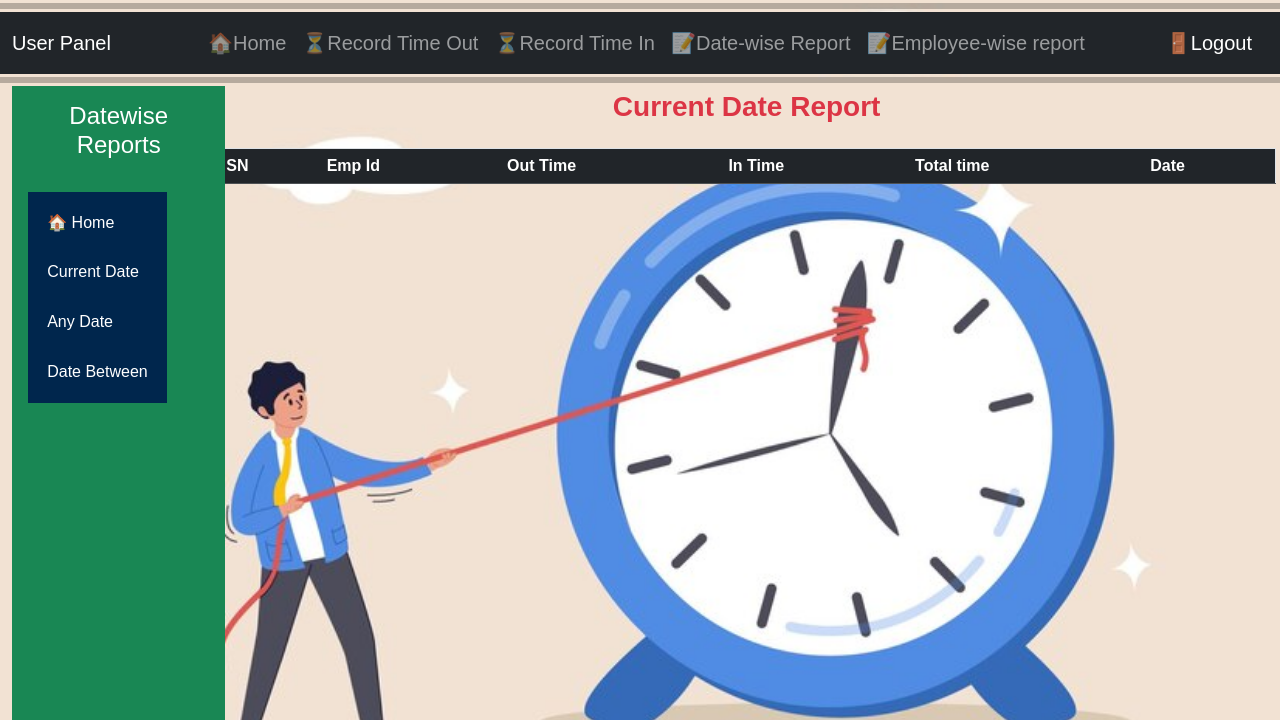
Repository: tecresearch/fullstack-training
Page: http://localhost/user/reports/datewise/anydate-dashboard
An editor plug-in stored every save of this project. The page is shown before and after the next save, followed by the edit.
The browser window is 1280 px wide. The pictures show the whole page.
The page is this project's Thymeleaf template; nobody is signed in. The template is opened directly, without the code that normally fills it, so the values that code supplies are empty.

Above is the page before, as saved 2025-03-19 07:18:39.

### a4-spring-boot/employee-time-tracker/src/main/resources/templates/user/reports/datewise/anydate-dashboard.html
<html xmlns:th="http://www.thymeleaf.org">
<!-- admin navbar -->
<div th:insert="~{@{user/user-navbar}}"></div>

<head>
	<meta charset="UTF-8">
	<meta name="viewport" content="width=device-width, initial-scale=1.0">
	<title>Datewise Report Dashboard</title>
</head>

<body class="ubg-image">
	<div class="container-fluid">
		<div class="row">
			<!-- Sidebar -->
			<div th:insert="~{@{user/reports/datewise/date-sidebar}}"></div>
			<!-- Main Content -->
			<main class="col-md-9 col-lg-10 offset-md-3 offset-lg-2 p-1 px-1">
				<div class="d-flex justify-content-center align-items-center mb-3">
					<h3 class="fw-bold text-danger">Current Date Report</h3>
				</div>

				<!-- Current Date Report Table -->
				<div class="table-responsive">
					<table class="table table-striped table-hover border rounded">
						<thead class="table-dark">
							<tr>
								<th>SN</th>
								<th>Emp Id</th>
								<th>Out Time</th>
								<th>In Time</th>
								<th>Total time</th>
								<th>Date</th>
							</tr>
						</thead>
						<tbody>
							<tr th:each="timeInfo:${currentDateList}">
								<td>1</td>
								<td th:text="${timeInfo.empId}"></td>
								<td th:text="${timeInfo.outime}"></td>
								<td th:text="${timeInfo.intime}"></td>
								<td th:text="${timeInfo.totaltime}"></td>
								<td th:text="${timeInfo.date}"></td>
							</tr>
						</tbody>
					</table>
				</div>
			</main>
		</div>
	</div>
	<script src="https://cdn.jsdelivr.net/npm/bootstrap@5.3.0/dist/js/bootstrap.bundle.min.js"></script>
</body>

</html>

### a4-spring-boot/employee-time-tracker/src/main/resources/templates/user/user-navbar.html
<html xmlns:th="http://www.thymeleaf.org">
  <head>
	<div th:insert="~{@{csslink}}"></div>
	<style>
		.bt {
           padding: 5px 10px;
		   border-radius: 5px;
		   transition: background-color 0.3s;
		   color:blue;
		   font-size:1.5vw;
		   background-color: white;
		   margin-left: 5px;
		   margin-top: 0px;
		 }
		.nav-link:hover{
			color:white;
		}
    </style>
	<script>
	        document.addEventListener("DOMContentLoaded", function () {

				document.querySelectorAll("nav a").forEach(link => {
				    if (link.href === window.location.href) {
				      link.classList.add("active");
				    }
				  });
	        });
	    </script>
</head>
<body>
  <hr style="border:3px solid black;margin-top:3px;margin-bottom:3px">
  <nav class="navbar navbar-expand-lg navbar-dark bg-dark">
	<div class="container-fluid">
	   <a class="navbar-brand" href="#">User Panel</a>
	   <button class="navbar-toggler" type="button" data-bs-toggle="collapse" data-bs-target="#navbarNav">
		 <span class="navbar-toggler-icon"></span>
	   </button>
	   <div class="collapse navbar-collapse justify-content-center" id="navbarNav">
	 	<ul class="navbar-nav">
		  <li class="nav-item">
		     <a class="nav-link fs-5" href="/employee-timetracker/user/home">🏠Home</a>
		  </li>
		  <li class="nav-item">
			 <a class="nav-link fs-5" id="recordTimeOut" data-bs-target="#employeeTimeOutModal" data-bs-toggle="modal" href="#">⏳Record Time Out</a>
		  </li>
		  <li class="nav-item">
			 <a class="nav-link fs-5" id="recordTimeIn" data-bs-target="#employeeTimeInModal" data-bs-toggle="modal" href="#">⏳Record Time In</a>
		  </li>
		  <li class="nav-item">
			 <a class="nav-link fs-5" href="/employee-timetracker/user/datewise/report">📝Date-wise Report</a>
		  </li>
		  <li class="nav-item">
		     <a class="nav-link fs-5" href="#">📝Employee-wise report</a>
		  </li>
		</ul>
	  </div>
	  <a class="navbar-brand" href="#">🚪Logout</a>
	 </div>
    </nav>
   </div>
   <hr style="border:3px solid black;margin-top:3px;margin-bottom:3px">
</body>
</html>

### a4-spring-boot/employee-time-tracker/src/main/resources/templates/csslink.html
<link th:href="@{/CSS/bootstrap.min.css}" rel="stylesheet">
<link th:href="@{/CSS/timetracker.css?v=2.0}" rel="stylesheet">
<script src="https://code.jquery.com/jquery-3.6.0.min.js"></script>
<script th:src="@{/JS/employee/ajax.js?v=2.0}" type="module"></script>
<script th:src="@{/JS/user.js?v=2.0}"></script>
<script th:src="@{/JS/user/userajax.js?v=2.0}" type="module"></script>
<script th:src="@{/JS/user/check.js?v=2.0}"></script>

### a4-spring-boot/employee-time-tracker/src/main/resources/templates/user/reports/datewise/date-sidebar.html
<nav class="col-md-3 col-lg-2 d-md-block bg-success text-white vh-100 position-fixed">
	<div class="p-3">
		<h4 class="text-center">Datewise Reports</h4>
		<ul class="nav flex-column mt-4 position-fixed">
			<li class="nav-item">
				<a class="nav-link text-white active" href="#">🏠 Home</a>
			</li>
			<li class="nav-item">
				<a class="nav-link text-white" id="addUser1" data-bs-toggle="modal" data-bs-target="#addUserModal" href="#">Current Date</a>
			</li>
			<li class="nav-item">
				<a class="nav-link text-white" id="listUser" data-bs-toggle="modal" data-bs-target="#listUserModal" href="#">Any Date</a>
			</li>
			<li class="nav-item">
				<a class="nav-link text-white" data-bs-toggle="modal" data-bs-target="#deleteUserModal" href="#">Date Between</a>
			</li>
		</ul>
	</div>
</nav>

### a4-spring-boot/employee-time-tracker/src/main/resources/static/CSS/timetracker.css
body {
    font-family: Arial, sans-serif;
    margin: 0;
    padding: 0;
    background-color: #f4f4f4;
}
.header {
    background-color: #004080;
    color: white;
    padding: .8vw;
    text-align: center;
}
.nav {
    display: flex;
    justify-content: center;
    background: #00264d;
    padding: .5vw;
}
.nav a {
    color: white;
    padding: 1vw 1vw;
    text-decoration: none;
}
.hero {
    height: 20vw;
    display: flex;
    align-items: center;
    justify-content: center;
    color: white;
    font-size: 1.3vw;
    text-shadow: 2px 2px 5px rgba(0, 0, 0, 0.5);
}
.services {
    text-align: center;
    padding: .5vw;
}
.services div {
    display: inline-block;
    background: white;
    padding: .5vw;
    margin: .5vw;
    border-radius:.2vw;
    box-shadow: 0px 0px .5vw rgba(0, 0, 0, 0.1);
}
.footer {
    background: #004080;
    color: white;
    text-align: center;
    padding: .5vw;
    margin-top: .2vw;
}
.ddm{
    background:#00264d;
}
.bt{
    border:none;
    color:white;
    cursor: pointer;
    background: #00264d;
    margin-top: 12px;
}
a.dropdown-item:hover{
    background:white;
    color:#00264d;
}
.bg-image{
	background: url("../images/time.jpg")no-repeat center center/cover
}
.ubg-image{
	background: url("../images/tracker2.jpg")no-repeat center center/cover
}
.ch{
	height:18vw;
}

### a4-spring-boot/employee-time-tracker/src/main/resources/static/JS/employee/ajax.js
import { loadEmployeeDelete } from './empdelete.js';
import { loadEmployeeEdit } from './empedit.js';
import { popupAddDepartment, popupRole } from './emppopup.js';
import { loadEmployeeList } from './emplist.js';
$(document).ready(function() {
	$("#loadDeleteEmployee").click(function() {
		loadEmployeeDelete();
	});
	$("#loadEditEmployee").click(function() {
		loadEmployeeEdit();
	});
	$("#addEmployee").click(function() {
		popupAddDepartment();
	});
	$("#addEmployee1").click(function() {
		popupAddDepartment();
	});
	$("#department").change(function() {
		alert($(this).val());
		popupRole($(this).val(), "role");
	});
	$("#edepartment").change(function() {
		popupRole($(this).val(), "erole");
	});
	$("#listEmployee").click(function() {
		loadEmployeeList();
	});
});

### a4-spring-boot/employee-time-tracker/src/main/resources/static/JS/user.js
function matchPassword() {

	if (document.getElementById("rpassword").value != document.getElementById("password").value) {
		alert("Repeat password doen not match with password")
		return false;
	}
	return true;
}
function validatePassword() {
	var password = document.getElementById("password").value;
	var pattern = /^(?=.*[A-Z])(?=.*[a-z])(?=.*\d)(?=.*[@#$%^&+=!]).{8,}$/;
	var message = document.getElementById("passwordMessage");

	if (!pattern.test(password)) {
		message.style.color = "red";
		message.innerHTML = "Password must be at least 8 characters long and include uppercase, lowercase, a number, and a special character.";
		return false;
	} else {
		message.style.color = "green";
		message.innerHTML = "Strong password!";
		return true;
	}
}
function validatePasswordMatch() {
	var password = document.getElementById("password").value;
	var confirmPassword = document.getElementById("rpassword").value;
	var message = document.getElementById("passwordMatchMessage");

	if (confirmPassword.length > 0) {
		if (password === confirmPassword) {
			message.style.color = "green";
			message.innerHTML = "Passwords match!";
		} else {
			message.style.color = "red";
			message.innerHTML = "Passwords do not match!";
		}
	} else {
		message.innerHTML = "";
	}
}
function validateEmail() {
	var email = document.getElementById("email").value;
	var emailPattern = /^[a-zA-Z0-9._%+-]+@[a-zA-Z0-9.-]+\.[a-zA-Z]{2,}$/;
	var message = document.getElementById("emailMessage");

	if (emailPattern.test(email)) {
		message.style.color = "green";
		message.innerHTML = "Valid email!";
	} else {
		message.style.color = "red";
		message.innerHTML = "Invalid email format!";
	}
}

### a4-spring-boot/employee-time-tracker/src/main/resources/static/JS/user/userajax.js
import { popupEmployeeInName,popupEmployeeOutName } from './namepopup.js';
$(document).ready(function() {
	$("#recordTimeOut").click(function() {
		popupEmployeeInName()
	});
	$("#recordTimeIn").click(function() {
			popupEmployeeOutName()
	});
});

### a4-spring-boot/employee-time-tracker/src/main/resources/static/JS/user/check.js
function checkUserExistense()
{
		$.ajax(
		{
			url: "/employee-timetracker/admin/user/get-user?username=" + document.getElementById("username").value,
			type: "GET",
			success: function(response)
			{
				if (response)
				{
					document.getElementById("userExistMessage").innerHTML = "User name alerady exist";
					return false;
				}
			},
			error: function()
			{
				console.error("AJAX Error: " + error);
			}
		});
	return true;
  }

### a4-spring-boot/employee-time-tracker/src/main/resources/static/JS/employee/empdelete.js
export function loadEmployeeDelete() {
	$.ajax({
		url: "/employee-timetracker/admin/employee/get-employee-delete?eid=" + document.getElementById("deleteEid").value,
		type: "GET",
		success: function(response) {
			if (response.msg != null) {
				alert(response.msg);
			}
			else {
				document.getElementById("employeeDeleteDetails").style.display = "block";
				alert(response.department);
				for (let key in response) {
					document.getElementById("lbl"+key).innerHTML = response[key];
				}
			}
		},
		error: function() {
			console.error("AJAX Error: " + error);
		}
	});
}
//window.loadEmployeeDelete = loadEmployeeDelete;

### a4-spring-boot/employee-time-tracker/src/main/resources/static/JS/employee/empedit.js
import { popupEditDepartment,popupRole} from './emppopup.js';
export function loadEmployeeEdit() {
	$.ajax({
		url: "/employee-timetracker/admin/employee/get-employee-edit?eid=" + document.getElementById("editEid").value,
		type: "GET",
		success: function(response) {
			if (response.msg != null) {
				document.getElementById("employeeEditDetails").style.display = "none";
				alert(response.msg);
			}
			else {
				document.getElementById("employeeEditDetails").style.display = "block";
				popupEditDepartment(response["department"],response["role"]);
				for (let key in response) {
					if(key!="department")
						document.getElementById(key).value = response[key];
				}
				//popupRole(document.getElementById("edepartment").value,"erole");
			}
		},
		error: function() {
			console.error("AJAX Error: " + error);
		}
	});
}

### a4-spring-boot/employee-time-tracker/src/main/resources/static/JS/employee/emppopup.js
export function popupAddDepartment() {
	$.ajax({
		url: "/employee-timetracker/admin/employee/department-list",
		type: "GET",
		success: function(response) {
			let deptDropdown = $("#department");
			deptDropdown.empty();
			for (let key in response) {
				deptDropdown.append('<option value="' + key + '">' + response[key] + '</option>')
			}
			popupRole(document.getElementById("department").options[0].value,"role");
		},
		error: function() {
			console.error("AJAX Error:", error);
		}
	});
}
export function popupEditDepartment(deptId,roleId) {
	$.ajax({
		url: "/employee-timetracker/admin/employee/department-list",
		type: "GET",
		success: function(response) {
			let deptDropdown = $("#edepartment");
			deptDropdown.empty();
			//deptDropdown.append('<option value="-1">Choose Department</option>')
			for (let key in response) {
				if(deptId==key)
					deptDropdown.append('<option selected="selected" value="' + key + '">' + response[key] + '</option>');
				else
					deptDropdown.append('<option value="' + key + '">' + response[key] + '</option>');
			}
			popupRole1(deptId,"erole",roleId);
		},
		error: function() {
			console.error("AJAX Error:", error);
		}
	});
}
export function popupRole(deptId,role) {
	let roleDropDown = $("#"+role);
	$.ajax({
		url: "/employee-timetracker/admin/employee/role-list?deptId=" + deptId,
		type: "GET",
		success: function(response) {
			roleDropDown.empty();
			for (let key in response) {
				roleDropDown.append('<option value="' + key + '">' + response[key] + '</option>')
			}
		},
		error: function() {
			console.error("AJAX Error:", error);
		}
	});
}
export function popupRole1(deptId,role,roleId) {
	let roleDropDown = $("#"+role);
	$.ajax({
		url: "/employee-timetracker/admin/employee/role-list?deptId=" + deptId,
		type: "GET",
		success: function(response) {
			roleDropDown.empty();
			for (let key in response) {
				if(roleId==key)
					roleDropDown.append('<option selected value="' + key + '">' + response[key] + '</option>')
				else
					roleDropDown.append('<option value="' + key + '">' + response[key] + '</option>');
			}
		},
		error: function() {
			console.error("AJAX Error:", error);
		}
	});
}

### a4-spring-boot/employee-time-tracker/src/main/resources/static/JS/employee/emplist.js
export function loadEmployeeList() {
	$.ajax({
		url: "/employee-timetracker/admin/employee/get-employee-list",
		type: "GET",
		success: function(response) {
			let tableBody=$("#employeeList tbody");
			tableBody.empty();
			response.forEach(item=>{
				let row=`<tr>
				   <td>${item.empId}</td>
				   <td>${item.firstname}</td>
				   <td>${item.lastname}</td>
				   <td>${item.email}</td>
				   <td>${item.phone}</td>
				   <td><a href="#">${item.deptId}</a></td>
				   <td><a href="#">${item.roleId}</a></td>
				   <td>${item.timein}</td>
				   <td>${item.timeout}</td>
				</tr>`;
				tableBody.append(row);
			});
		},
		error: function() {
			console.error("AJAX Error: " + error);
		}
	});
}

### a4-spring-boot/employee-time-tracker/src/main/resources/static/JS/user/namepopup.js
export function popupEmployeeInName() {
	$.ajax({
		url: "/employee-timetracker/user/time/employee-inlist",
		type: "GET",
		success: function(response) {
				let deptDropdown = $("#inEmpId");
			deptDropdown.empty();
			for (let key in response) {
				deptDropdown.append('<option value="' + key + '">' + response[key] + '('+key+')</option>')
			}
		},
		error: function() {
			console.error("AJAX Error:", error);
		}
	});
}
export function popupEmployeeOutName() {
	$.ajax({
		url: "/employee-timetracker/user/time/employee-outlist",
		type: "GET",
		success: function(response) {
				let deptDropdown = $("#outEmpId");
			deptDropdown.empty();
			for (let key in response) {
				deptDropdown.append('<option value="' + key + '">' + response[key] + '('+key+')</option>')
			}
		},
		error: function() {
			console.error("AJAX Error:", error);
		}
	});
}

Loaded but not shown: a4-spring-boot/employee-time-tracker/src/main/resources/static/CSS/bootstrap.min.css (library)

After the next save:
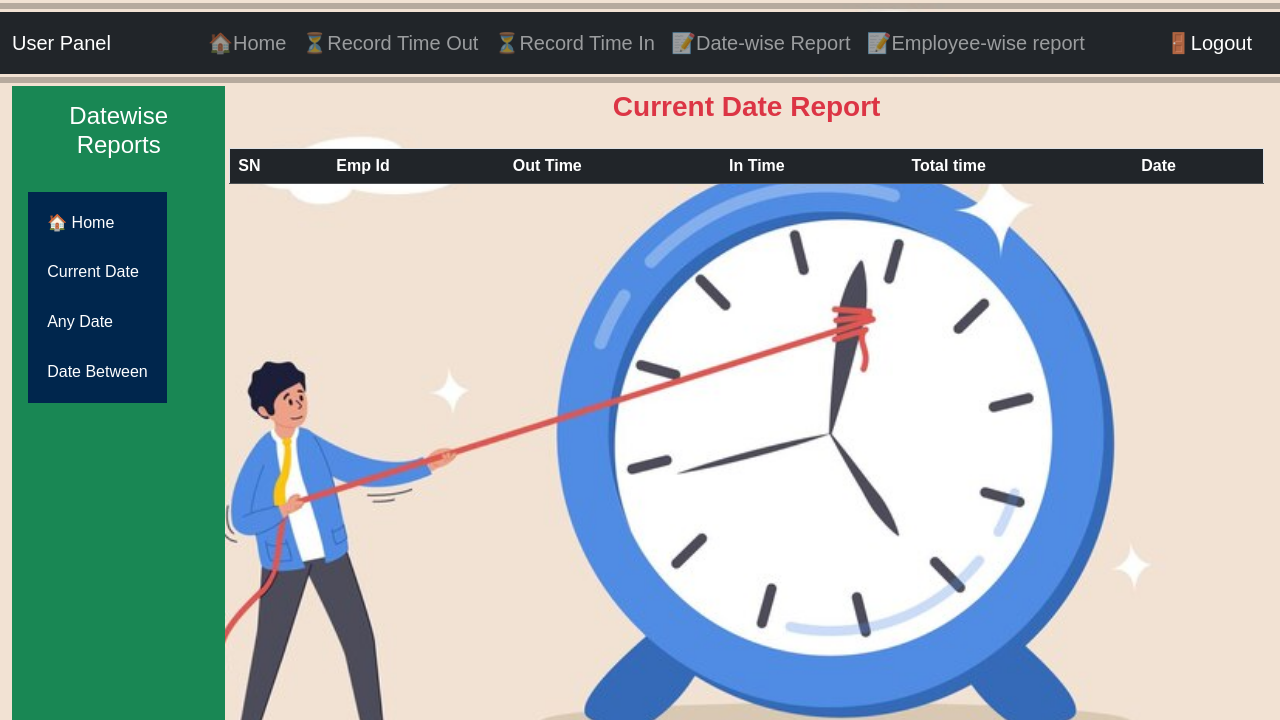
Saved 6 s later.
--- a/a4-spring-boot/employee-time-tracker/src/main/resources/templates/user/reports/datewise/anydate-dashboard.html
+++ b/a4-spring-boot/employee-time-tracker/src/main/resources/templates/user/reports/datewise/anydate-dashboard.html
@@ -14,7 +14,7 @@
 			<!-- Sidebar -->
 			<div th:insert="~{@{user/reports/datewise/date-sidebar}}"></div>
 			<!-- Main Content -->
-			<main class="col-md-9 col-lg-10 offset-md-3 offset-lg-2 p-1 px-1">
+			<main class="col-md-9 col-lg-10 offset-md-3 offset-lg-2 p-1 px-3">
 				<div class="d-flex justify-content-center align-items-center mb-3">
 					<h3 class="fw-bold text-danger">Current Date Report</h3>
 				</div>
